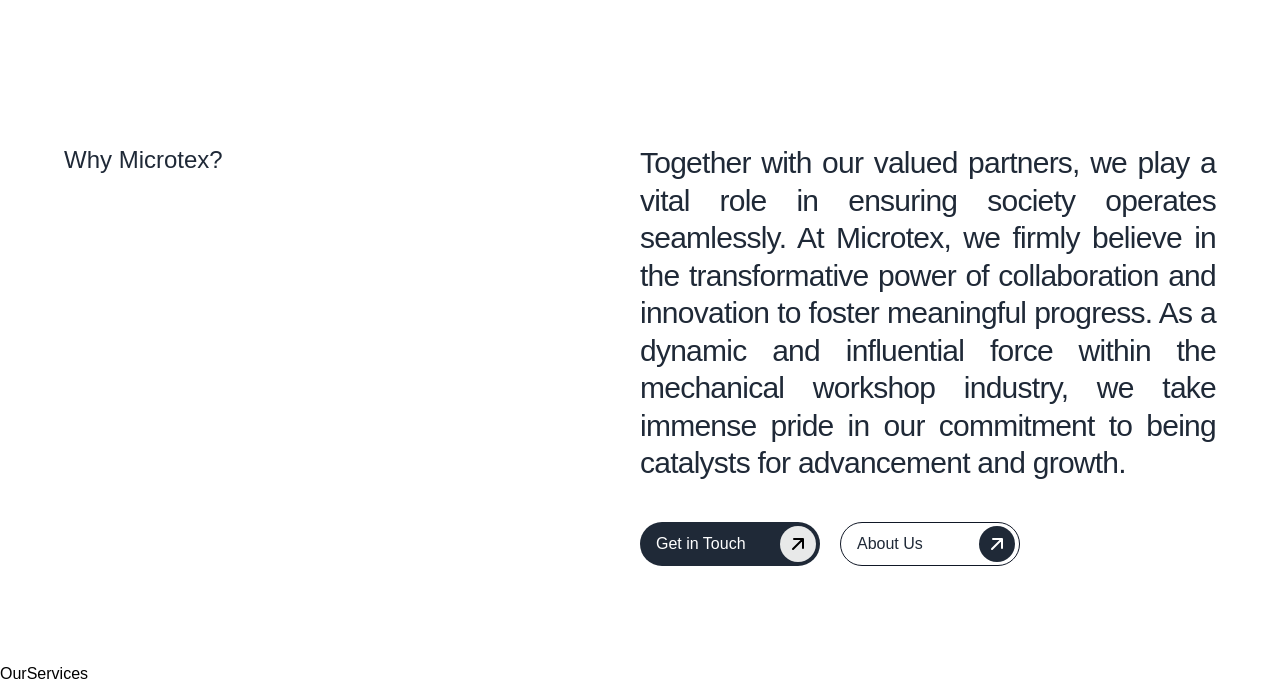
Repository: vespersolutionspk18/microtexwebsite
Page: /
An editor plug-in stored every save of this project. The page is shown before and after the next save, followed by the edit.
The browser window is 1280 px wide. The pictures show the part of the page from y = 806 to 1540 px (the page is 1492 px tall before and 1540 px after).
Some web fonts or font styles are not loaded; a fallback is used. The project was rebuilt for these pictures with package versions that can differ from the ones it lists, and the page was loaded fresh each time. The framework's server and built-in components were replaced by stand-ins that run in the browser. Also part of the build but not shown: next.config.mjs.

Above is the page before, as saved 2024-11-18 20:53:16.

After the next save:
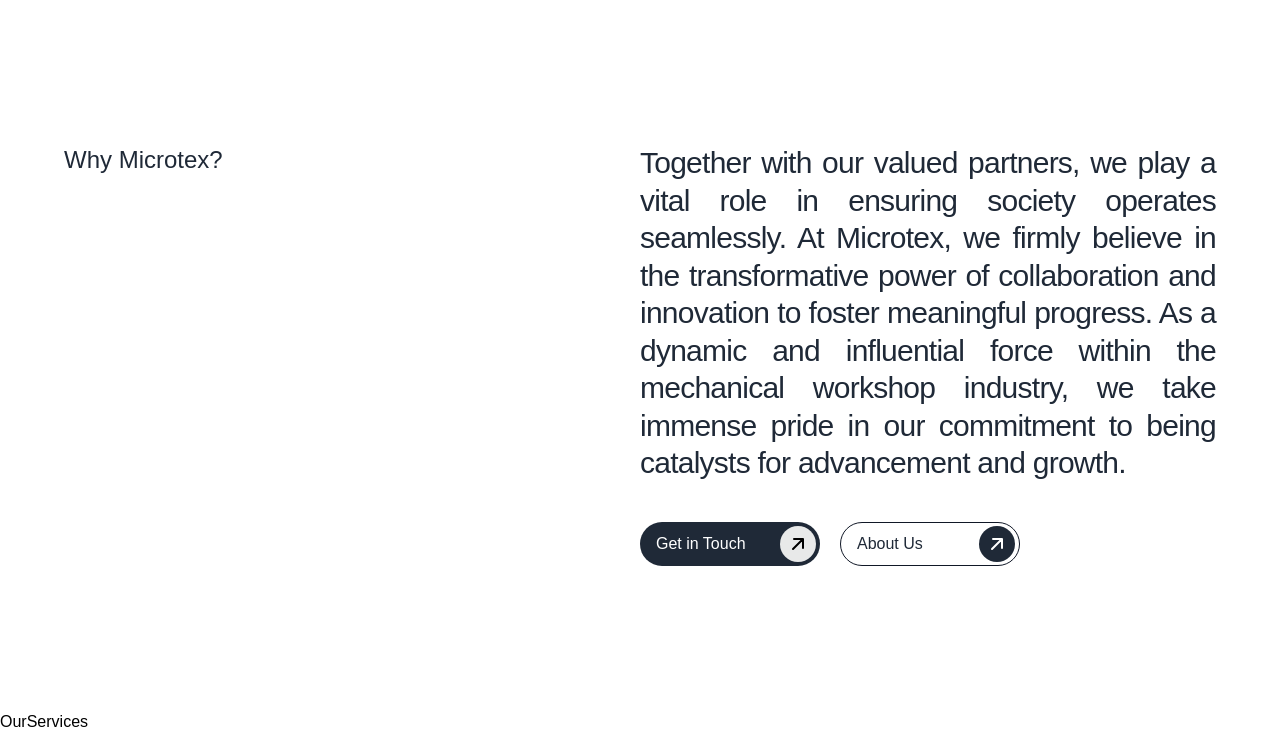
Saved 9 s later.
--- a/app/WhyMct.tsx
+++ b/app/WhyMct.tsx
@@ -3,7 +3,7 @@ import ButtonArrow from "@/public/assets/buttonarrow.svg";
 import ButtonArrowwhite from "@/public/assets/buttonarrowwhite.svg";
 const WhyMct = () => {
   return (
-    <div className="flex flex-row bg-white pt-16 pr-16 pl-16 pb-24">
+    <div className="flex flex-row bg-white p-16 mb-20">
         <div className="md:w-[50%] pt-20">
             <h3 className="text-gray-800 font-light text-2xl">Why Microtex?</h3>
         </div>
